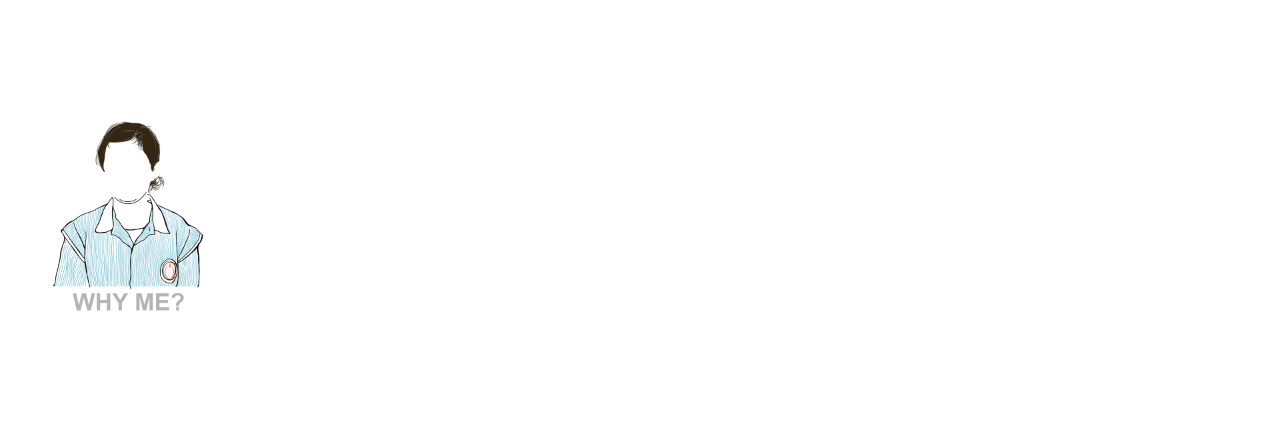
Repository: Lettie123/webpr4
Page: 04.html
The author's editor kept a copy of each file at every save. The page is drawn from the files as they stood at one save, then again after the next save.
The browser window is 1280 px wide. The pictures show the whole page.

Above is the page before, as saved 2020-11-23 23:45:48.

### 04.html
<html>
    <head>
        <meta charset="UTF-8">
        <meta name="viewport" content="width=device-width,initial-scale=1" />
        <meta name="viewport" content="width=device-width,initial-scale=1.0,maximum-scale=1.0,user-scalable=no">
        <link rel="stylesheet" type="text/css" href="style05.css">

    </head>

    <body>
        <div id="r01">
            <span>
                <img src="pepic/r01.png" style="width:100%">
            </span>
        </div>
    </body>

### style05.css
body {
	overflow:scroll;
    overflow-y:hidden;
    overflow-x:hidden;
}

#r01{
    width: 200px;
    height: 200px;
	position: absolute;
	left: 10%;
	top: 30%;
    transform: translate(-50%,-50%);
    color: #B4B4B4;
}

After the next save:
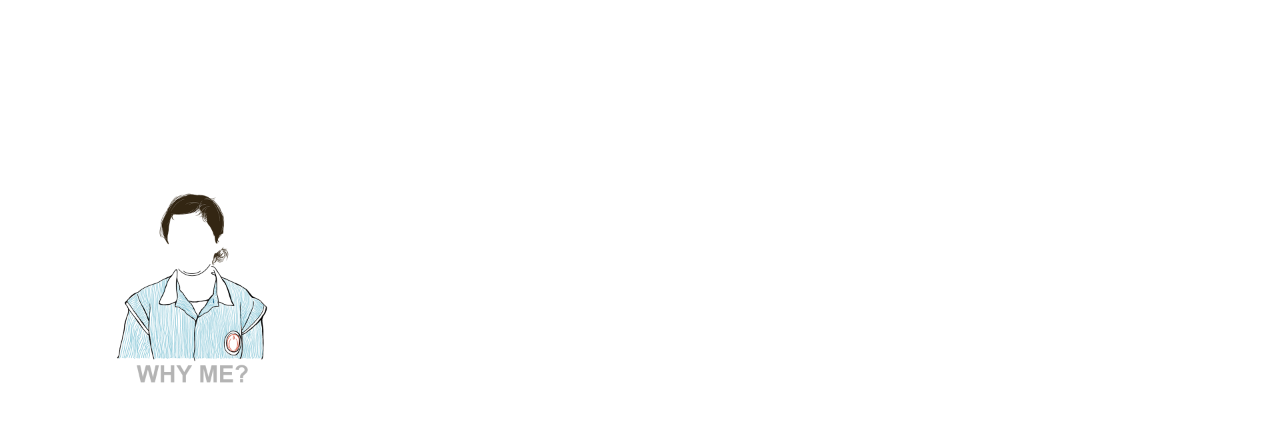
Saved 9 s later.
--- a/style05.css
+++ b/style05.css
@@ -8,8 +8,8 @@ body {
     width: 200px;
     height: 200px;
 	position: absolute;
-	left: 10%;
-	top: 30%;
+	left: 15%;
+	top: 40%;
     transform: translate(-50%,-50%);
     color: #B4B4B4;
 }
